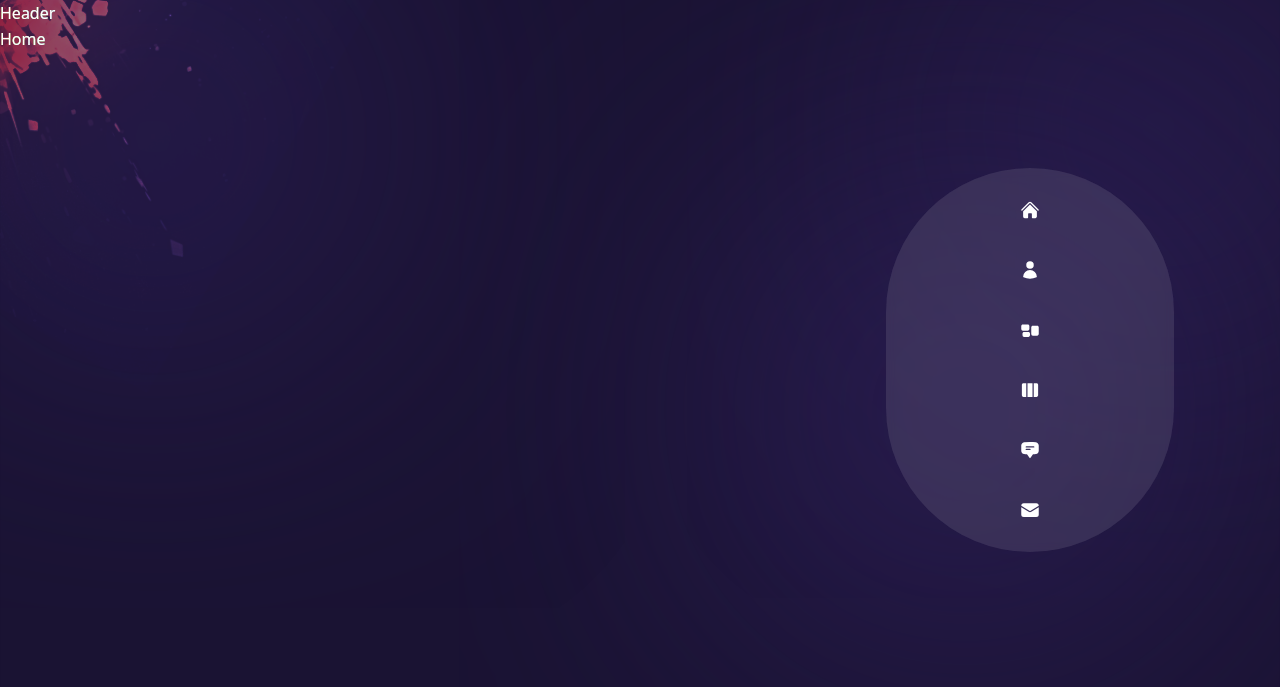
Repository: AchourMaryem/My-personal-portfolio
Page: /
The author's editor kept a copy of each file at every save. The page is drawn from the files as they stood at one save, then again after the next save.
The browser window is 1280 px wide. The pictures show the whole page.
The project was rebuilt for these pictures with package versions that can differ from the ones it lists, and the page was loaded fresh each time. The framework's server and built-in components were replaced by stand-ins that run in the browser. Also part of the build but not shown: next.config.js.

Above is the page before, as saved 2023-09-21 12:03:40.

### pages/_app.js
import '../styles/globals.css';
import Layout from '../components/Layout';
function MyApp({ Component, pageProps }) {
  return(
  <Layout>
  <Component {...pageProps} />
  </Layout>
  );
}

export default MyApp;

### components/Layout.js
import {Sora} from '@next/font/google'


const sora = Sora({
  subsets:['latin'],
  variable:'--font-sora',
  weight:['100','200','300','400','500','600','700','800'],
});
import Nav from '../components/Nav'
import Header from '../components/Header'
import TopLeftImg from '../components/TopLeftImg'

const Layout = ({children}) => {
  return <div className={'page bg-site text-white bg-cover bg-no-repeat ${sora.variable} font-sora relative '}>
   <TopLeftImg />
    <Nav />
    <Header />
    {children}
  </div>;
};

export default Layout;

### components/Nav.js
// icons
import {
  HiHome,
  HiUser,
  HiViewColumns,
  HiRectangleGroup,
  HiChatBubbleBottomCenterText,
  HiEnvelope,
} from 'react-icons/hi2';

// nav data
export const navData = [
  { name: 'home', path: '/', icon: <HiHome /> },
  { name: 'about', path: '/about', icon: <HiUser /> },
  { name: 'services', path: '/services', icon: <HiRectangleGroup /> },
  { name: 'work', path: '/work', icon: <HiViewColumns /> },
  {
    name: 'testimonials',
    path: '/testimonials',
    icon: <HiChatBubbleBottomCenterText />,
  },
  {
    name: 'contact',
    path: '/contact',
    icon: <HiEnvelope />,
  },
];
import Link from 'next/link';
import { useRouter } from 'next/router';
const Nav = () => {
  const router = useRouter();
  const pathname = router.pathname;
  return (
    <nav className='flex flex-col items-center xl:justify-center gap-y-4 fixed h-max bottom-0 mt-auto xl:right-[2%] z-50 top-0 w-full xl:max-w-md xl:h-screen p-20' >
      {/*inner*/}
      <div className='flex w-full xl:flex-col items-center justify-between xl:justify-center gap-y-10 px-4 md:px-40 xl:px-0 h-80 xl:h-max py-8 bg-white/10 backdrop-blur-sm text-3xl xl:text-xl xl:rounded-full '>
        {navData.map((link, index) => {
         return <Link key={index} href={link.path}> {link.icon}</Link>
})}
      </div>
    </nav>
  );
};

export default Nav;

### components/TopLeftImg.js
import Image from "next/image";
const TopLeftImg = () => {
  return <div className="absolute left-0 top-0 mix-blend-color-dodge z-10 w-[200px] xl:w-[400px] opacity-50">
    <Image src='/top-left-img.png' width={400} height={400}  alt=""/>
  </div>;
};

export default TopLeftImg;

Loaded but not shown: pages/index.js (common file); styles/globals.css (common file); components/Header.js (common file); tailwind.config.js (common file)

After the next save:
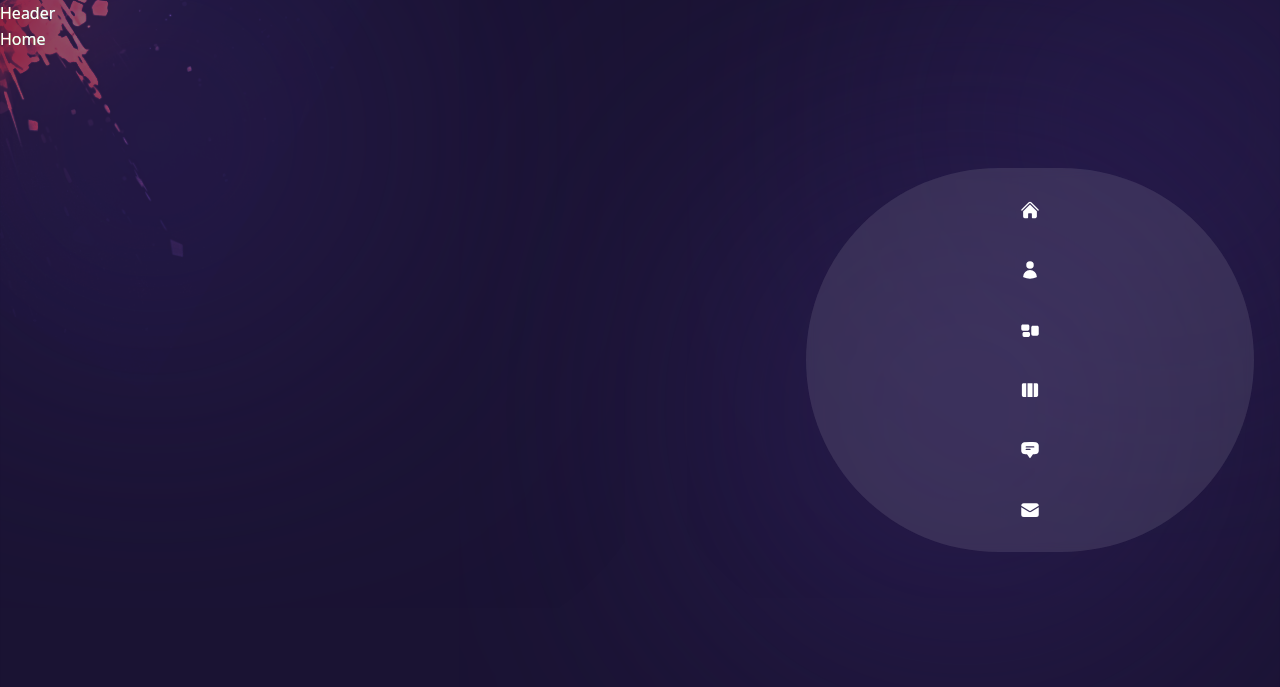
Saved 13 s later.
--- a/components/Nav.js
+++ b/components/Nav.js
@@ -31,7 +31,7 @@ const Nav = () => {
   const router = useRouter();
   const pathname = router.pathname;
   return (
-    <nav className='flex flex-col items-center xl:justify-center gap-y-4 fixed h-max bottom-0 mt-auto xl:right-[2%] z-50 top-0 w-full xl:max-w-md xl:h-screen p-20' >
+    <nav className='flex flex-col items-center xl:justify-center gap-y-4 fixed h-max bottom-0 mt-auto xl:right-[2%] z-50 top-0 w-full xl:max-w-md xl:h-screen' >
       {/*inner*/}
       <div className='flex w-full xl:flex-col items-center justify-between xl:justify-center gap-y-10 px-4 md:px-40 xl:px-0 h-80 xl:h-max py-8 bg-white/10 backdrop-blur-sm text-3xl xl:text-xl xl:rounded-full '>
         {navData.map((link, index) => {
